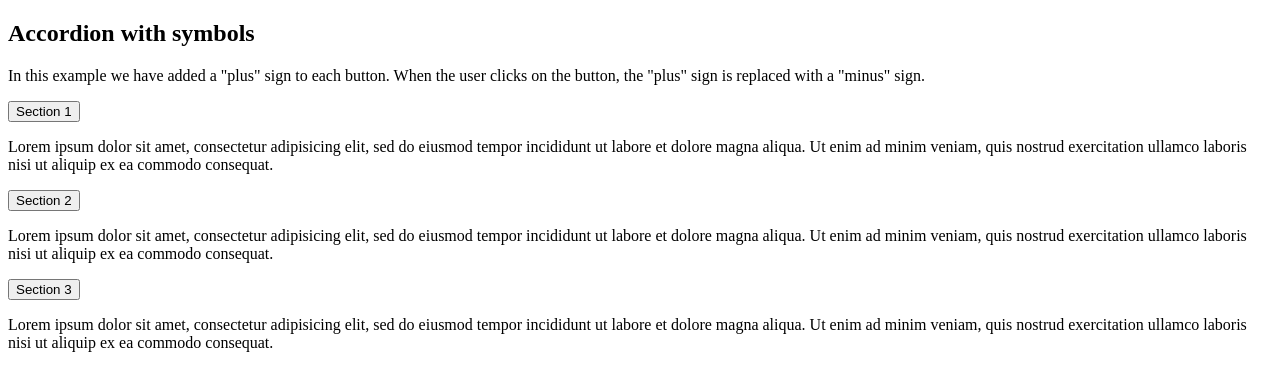
Repository: 16lineEyes/accordion
Page: index.html/index.html
An editor plug-in stored every save of this project. The page is shown before and after a run of saves, followed by the edit.
The browser window is 1280 px wide. The pictures show the whole page.

Above is the page before, as saved 2024-07-20 19:49:19.

### index.html/index.html
<!DOCTYPE html>
<html lang="en">
<head>
    <meta charset="UTF-8">
    <meta name="viewport" content="width=device-width, initial-scale=1.0">
    <title>Document</title>
</head>
<body>
    <h2>Accordion with symbols</h2>
<p>In this example we have added a "plus" sign to each button. When the user clicks on the button, the "plus" sign is replaced with a "minus" sign.</p>
<button class="accordion">Section 1</button>
<div class="panel">  <p>Lorem ipsum dolor sit amet, consectetur adipisicing elit, sed do eiusmod tempor incididunt ut labore et dolore magna aliqua. Ut enim ad minim veniam, quis nostrud exercitation ullamco laboris nisi ut aliquip ex ea commodo consequat.</p>

</div>
<button class="accordion">Section 2</button>
<div class="panel">
  <p>Lorem ipsum dolor sit amet, consectetur adipisicing elit, sed do eiusmod tempor incididunt ut labore et dolore magna aliqua. Ut enim ad minim veniam, quis nostrud exercitation ullamco laboris nisi ut aliquip ex ea commodo consequat.</p>
</div>

<button class="accordion">Section 3</button>
<div class="panel">
  <p>Lorem ipsum dolor sit amet, consectetur adipisicing elit, sed do eiusmod tempor incididunt ut labore et dolore magna aliqua. Ut enim ad minim veniam, quis nostrud exercitation ullamco laboris nisi ut aliquip ex ea commodo consequat.</p>
</div>
<script>
    var acc = document.getElementsByClassName("accordion")
var i;
for(i=0;i<acc.length;i++){
    acc[i].addEventListener("click",function(){
        this.classList.toggle("active");
        var panel = this.nextElementSibling;
if(panel.style.maxHeight){
    panel.style.maxHeight=null;

}
else{
    panel.style.maxHeight=panel.scrollHeight +"px"
}
    })

}
</script>
</body>
</html>

After the next 2 saves:
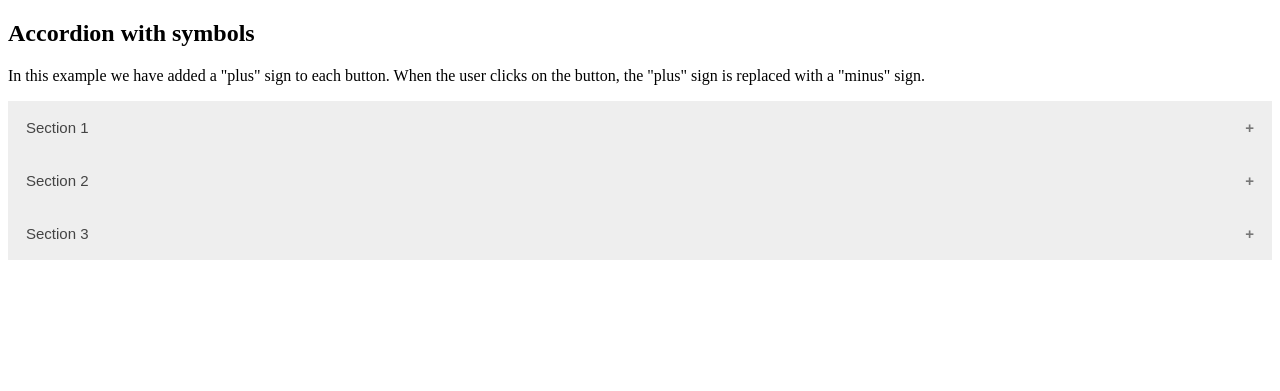
The 2 saves are shown as one change because they came seconds apart.
The last was saved 52 s later.
--- a/index.html/index.html
+++ b/index.html/index.html
@@ -5,6 +5,45 @@
     <meta name="viewport" content="width=device-width, initial-scale=1.0">
     <title>Document</title>
 </head>
+
+<style>
+    .accordion {
+      background-color: #eee;
+      color: #444;
+      cursor: pointer;
+      padding: 18px;
+      width: 100%;
+      border: none;
+      text-align: left;
+      outline: none;
+      font-size: 15px;
+      transition: 0.4s;
+    }
+
+    .active, .accordion:hover {
+      background-color: #ccc;
+    }
+
+    .accordion:after {
+      content: '\002B';
+      color: #777;
+      font-weight: bold;
+      float: right;
+      margin-left: 5px;
+    }
+
+    .active:after {
+      content: "\2212";
+    }
+
+    .panel {
+      padding: 0 18px;
+      background-color: white;
+      max-height: 0;
+      overflow: hidden;
+      transition: max-height 0.2s ease-out;
+    }
+    </style>
 <body>
     <h2>Accordion with symbols</h2>
 <p>In this example we have added a "plus" sign to each button. When the user clicks on the button, the "plus" sign is replaced with a "minus" sign.</p>
